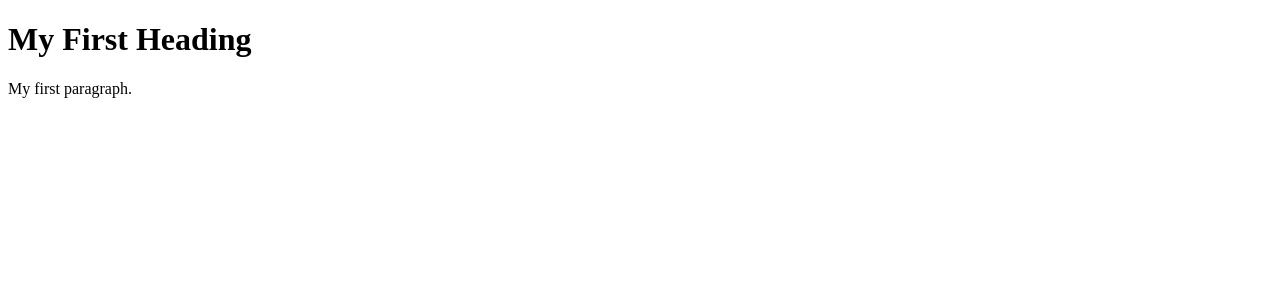
Repository: nrsWebs/design-pattern-es
Page: index.html
An editor plug-in stored every save of this project. The page is shown before and after the next save, followed by the edit.
The browser window is 1280 px wide. The pictures show the whole page.

Above is the page before, as saved 2021-02-06 17:39:19.

After the next save:
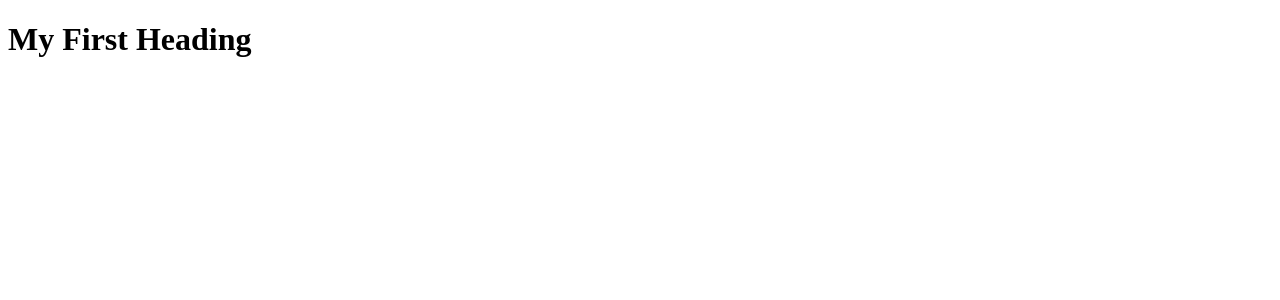
Saved 84 s later.
--- a/index.html
+++ b/index.html
@@ -10,4 +10,11 @@
 <p>My first paragraph.</p>
 
 </body>
+<script>
+$(document).ready(function(){
+    setTimeout(function(){
+        $("p").hide();
+    }, 5000);
+});
+</script>
 </html>
